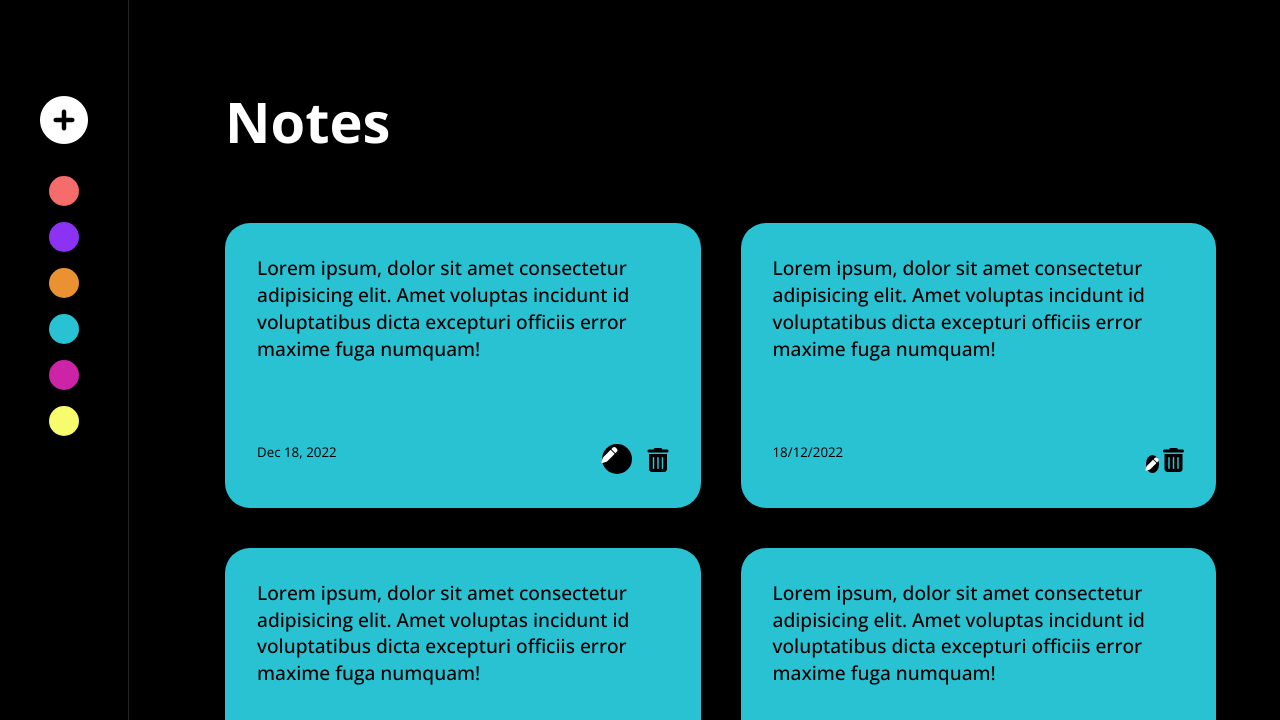
Repository: emiliaiwu/notes_app
Page: index.html
These files come from the project's save history. The page is drawn as it stood at one moment and after a run of saves; the edit follows.
The browser window is 1280 px wide. The pictures show the whole page.
An inner scrolling area shows only its first screen. Some web libraries are served in a nearby version.

Above is the page before, as saved 2022-12-19 23:48:26.

### index.html
<!DOCTYPE html>
<html lang="en">
<head>
    <meta charset="UTF-8">
    <meta http-equiv="X-UA-Compatible" content="IE=edge">
    <meta name="viewport" content="width=device-width, initial-scale=1.0">
    <script src="https://kit.fontawesome.com/fd9c36575f.js" crossorigin="anonymous"></script>
    <link rel="stylesheet" href="style.css">
    <title>Notes App</title>
</head>
<body>
    <div class="container">
        <div class="add">
            <div class="add_card"><i class="fa-solid fa-circle-plus"></i></div>
            <ul class="card_colors">
                <li class="card_color c1"></li>
                <li class="card_color c2"></li>
                <li class="card_color c3"></li>
                <li class="card_color c4"></li>
                <li class="card_color c5"></li>
                <li class="card_color c6"></li>
            </ul>
        </div>
        <div class="cards_container">
            <h1>Notes</h1>
            <div class="cards">

                <div class="card">
                    <p class="text">
                        Lorem ipsum, dolor sit amet consectetur adipisicing elit. Amet voluptas incidunt id voluptatibus dicta excepturi officiis error maxime fuga numquam!
                    </p>
                    <div class="footer close">
                        <small class="date">Dec 18, 2022</small>
                        <div class="edit_delete">
                           <div class="edit"><i class="fa-solid fa-pen"></i></div>
                           <div class="delete"><i class="fa-solid fa-trash-can"></i></div>
                        </div>
                    </div>
                    <div class="footer open">
                        <ul class="edit_settings">
                            <li class="bold"><i class="fa-solid fa-bold"></i></li>
                            <li class="italic"><i class="fa-solid fa-italic"></i></li>
                            <li class="underline"><i class="fa-solid fa-underline"></i></li>
                            <li class="strikethrough"><i class="fa-solid fa-strikethrough"></i></li>
                            <li class="toggleBtn"><i class="fa-solid fa-list-ul"></i></li>
                            <li class="add_image"><i class="fa-solid fa-image"></i></li>
                        </ul>
                    </div>
                </div>

                <div class="card">
                    <span class="text">
                        Lorem ipsum, dolor sit amet consectetur adipisicing elit. Amet voluptas incidunt id voluptatibus dicta excepturi officiis error maxime fuga numquam!
                    </span>
                    <span class="footer close">
                        <small class="date">18/12/2022</small>
                        <span>
                           <small class="edit"><i class="fa-solid fa-pen"></i></small>
                           <small class="delete"><i class="fa-solid fa-trash-can"></i></small>
                        </span>
                    </span>
                    <span class="footer open">
                        <ul class="edit_settings">
                            <li class="bold"><i class="fa-solid fa-bold"></i></li>
                            <li class="italic"><i class="fa-solid fa-italic"></i></li>
                            <li class="underline"><i class="fa-solid fa-underline"></i></li>
                            <li class="strikethrough"><i class="fa-solid fa-strikethrough"></i></li>
                            <li class="toggleBtn"><i class="fa-solid fa-list-ul"></i></li>
                            <li class="add_image"><i class="fa-solid fa-image"></i></li>
                        </ul>
                    </span>
                </div>

                <div class="card">
                    <span class="text">
                        Lorem ipsum, dolor sit amet consectetur adipisicing elit. Amet voluptas incidunt id voluptatibus dicta excepturi officiis error maxime fuga numquam!
                    </span>
                    <span class="footer close">
                        <small class="date">18/12/2022</small>
                        <span>
                           <small class="edit"><i class="fa-solid fa-pen"></i></small>
                           <small class="delete"><i class="fa-solid fa-trash-can"></i></small>
                        </span>
                    </span>
                    <span class="footer open">
                        <ul class="edit_settings">
                            <li class="bold"><i class="fa-solid fa-bold"></i></li>
                            <li class="italic"><i class="fa-solid fa-italic"></i></li>
                            <li class="underline"><i class="fa-solid fa-underline"></i></li>
                            <li class="strikethrough"><i class="fa-solid fa-strikethrough"></i></li>
                            <li class="toggleBtn"><i class="fa-solid fa-list-ul"></i></li>
                            <li class="add_image"><i class="fa-solid fa-image"></i></li>
                        </ul>
                    </span>
                </div>

                <div class="card">
                    <span class="text">
                        Lorem ipsum, dolor sit amet consectetur adipisicing elit. Amet voluptas incidunt id voluptatibus dicta excepturi officiis error maxime fuga numquam!
                    </span>
                    <span class="footer close">
                        <small class="date">18/12/2022</small>
                        <span>
                           <small class="edit"><i class="fa-solid fa-pen"></i></small>
                           <small class="delete"><i class="fa-solid fa-trash-can"></i></small>
                        </span>
                    </span>
                    <span class="footer open">
                        <ul class="edit_settings">
                            <li class="bold"><i class="fa-solid fa-bold"></i></li>
                            <li class="italic"><i class="fa-solid fa-italic"></i></li>
                            <li class="underline"><i class="fa-solid fa-underline"></i></li>
                            <li class="strikethrough"><i class="fa-solid fa-strikethrough"></i></li>
                            <li class="toggleBtn"><i class="fa-solid fa-list-ul"></i></li>
                            <li class="add_image"><i class="fa-solid fa-image"></i></li>
                        </ul>
                    </span>
                </div>


            </div>
        </div>




    </div>

</body>
</html>

### style.css
@import url('https://fonts.googleapis.com/css2?family=Open+Sans:wght@300;400;500;700&display=swap');


* {
    margin: 0;
    padding: 0;
    box-sizing: border-box;
    list-style-type: none;

}

body {
    font-family: 'Open Sans', sans-serif;
    width: 100vw;
    height: 100vh;
    background-color: #000;
    color: #fff;

}

h1 {
    font-size: 3.5rem;
    margin-bottom: 4rem;
    color: #fff;
}

.container {
    display: flex;
    width: 100%;
    height: 100%;
    gap: 2rem;
}

.add {
    border-right: 1px solid rgba(255, 255, 255, 0.15);
    min-height: 100vh;
    display: flex;
    flex-direction: column;
    align-items: center;
    padding: 6rem 2.5rem;

}

.card_color {
    width: 30px;
    height: 30px;
    border-radius: 50%;
    margin-bottom: 1rem;

}

.fa-circle-plus {
    font-size: 3rem;
    margin-bottom: 2rem;
}

.c1 {
    background-color: #F66B6B;
}

.c2 {
    background-color: #8C33F3;
}

.c3 {
    background-color: #EA9231;
}

.c4 {
    background-color: #29C2D3;
}

.c5 {
    background-color: #CC23A7;
}

.c6 {
    background-color: #F7FC6C;
}






/* CARDS CONTAINER */

.cards_container {
    padding: 5.2rem 4rem;
    height: 100%;
    overflow-y: scroll;
    width: 100%;
    color: #000;
}

.cards {
    display: grid;
    grid-template-columns: repeat(auto-fit, minmax(19rem, 1fr));
    gap: 2.5rem;
}

.card {
    display: flex;
    flex-direction: column;
    justify-content: space-between;
    background-color: #29C2D3;
    padding: 2rem 2rem 1rem 2rem;
    border-radius: 25px;
}

.close,
.edit_settings {
    display: flex;
    justify-content: space-between;

}

.text {
    margin-bottom: 5rem;
    font-size: 1.2rem;
    font-weight: 500;
    line-height: 1.4;
}




.edit_delete {
    display: flex;
    justify-content: space-between;
    align-items: center;
    gap: 1rem;
}

.edit_delete {
    gap: 1rem;
}

.edit {
    background-color: #000;
    width: 30px;
    height: 30px;
    border-radius: 50%;
    color: #fff;
}

.delete {
    font-size: 1.5rem;
}

/* .fa-trash-can {
    margin-left: 1rem;
} */






.edit_settings {
    border-top: 1px solid rgba(0, 0, 0, 0.178);;
    width: 100%;
    padding: 1rem;
}

ul li i {
    font-size: 1.2rem;
}












/* OPEN AND CLOSE FUNCTIONALITY */

.open {
    display: none;

}

.close {
    padding-bottom: 1rem;
}

After the next 3 saves:
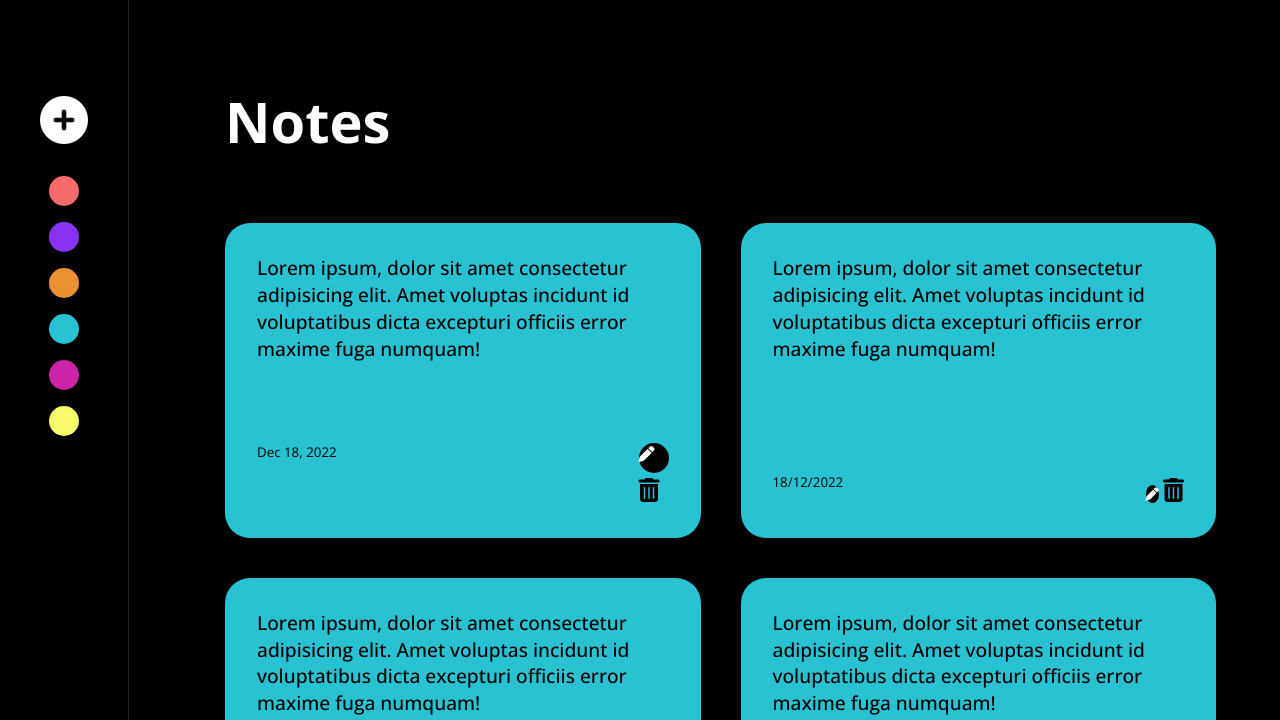
The 3 saves are shown as one change because they came seconds apart.
The last was saved 9 s later.
--- a/style.css
+++ b/style.css
@@ -125,11 +125,11 @@ h1 {
 
 
 
-.edit_delete {
+.edit_delete,
+. {
     display: flex;
     justify-content: space-between;
     align-items: center;
-    gap: 1rem;
 }
 
 .edit_delete {
